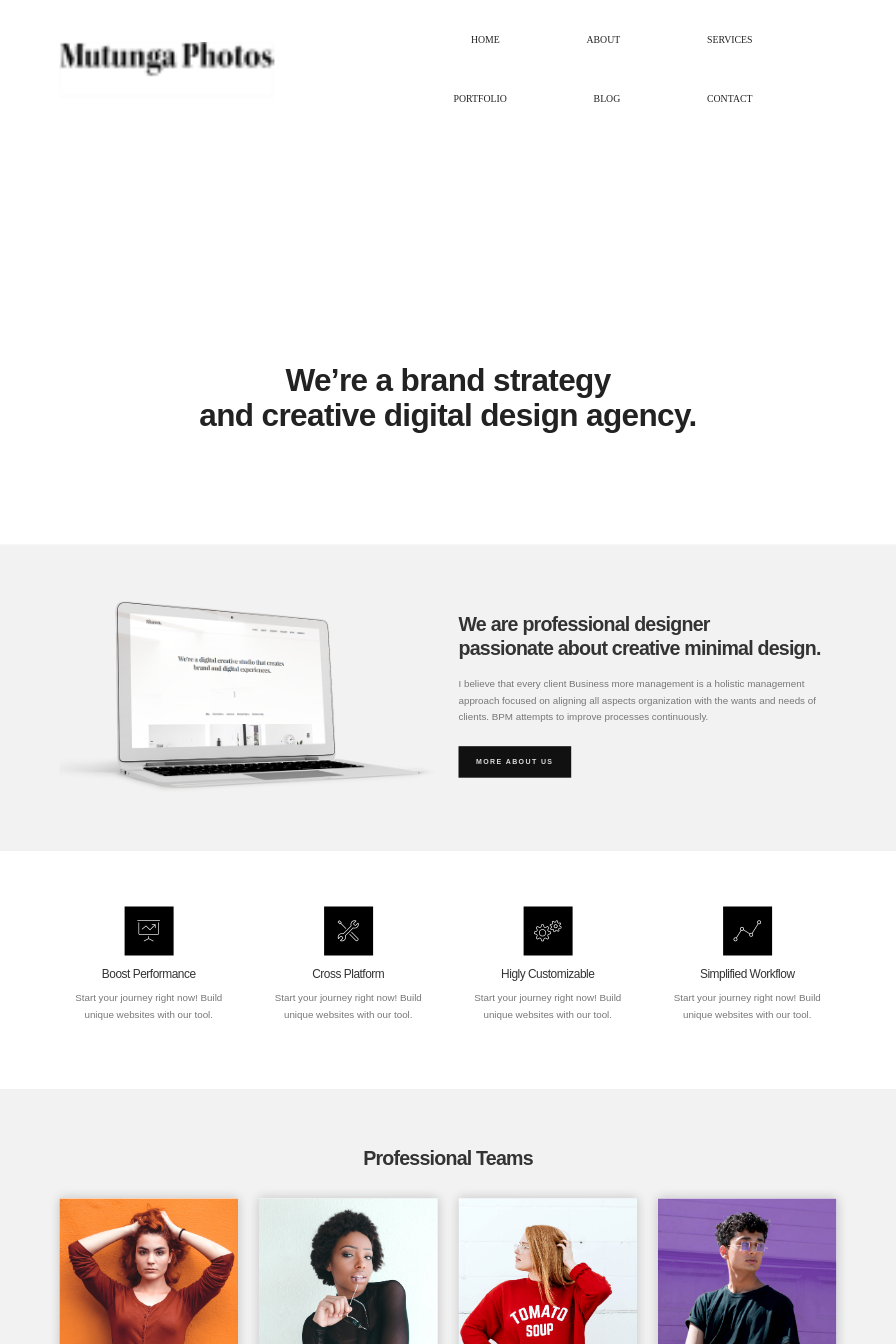
Repository: Jonar254/mutunga-concept-01
Page: about.html
The author's editor kept a copy of each file at every save. The page is drawn from the files as they stood at one save, then again after the next save.
The browser window is 1280 px wide. The pictures show the part of the page from y = 0 to 1920 px (the page is 3455 px tall), at 70% of full size.
Some web fonts or font styles are not loaded; a fallback is used.

Above is the page before, as saved 2024-07-02 18:16:45.

After the next save:
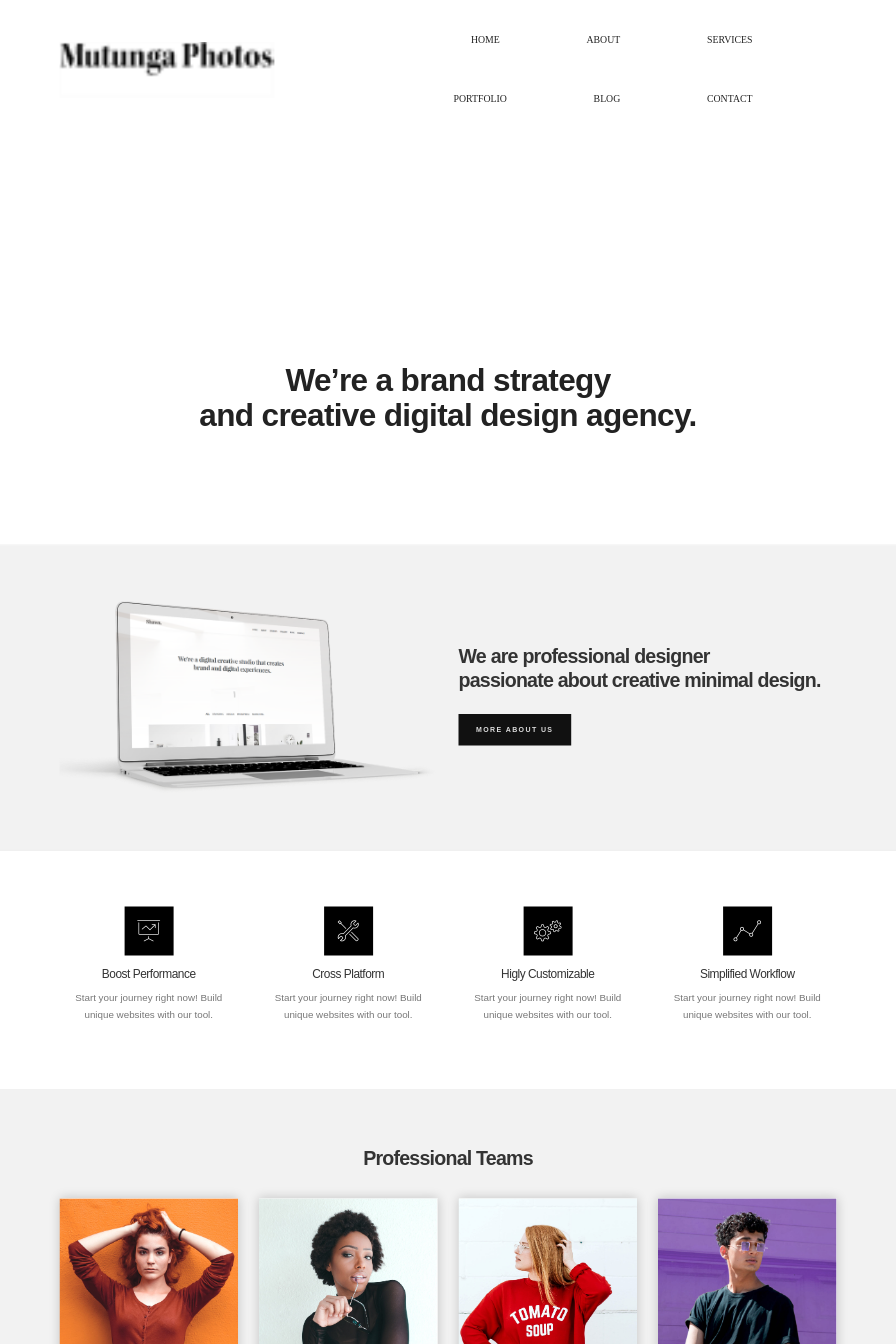
Saved 22 min 16 s later.
--- a/about.html
+++ b/about.html
@@ -94,7 +94,7 @@
                     <div class="col-lg-6 sm-padding">
                         <div class="about-content">
                             <h2>We are professional designer<br> passionate about creative minimal design.</h2>
-                            <p>I believe that every client Business more management is a holistic management approach focused on aligning all aspects organization with the wants and needs of clients. BPM attempts to improve processes continuously.</p>
+                            <p></p>
                             <a href="#" class="default-btn">More About Us</a>
                         </div>
                     </div>
